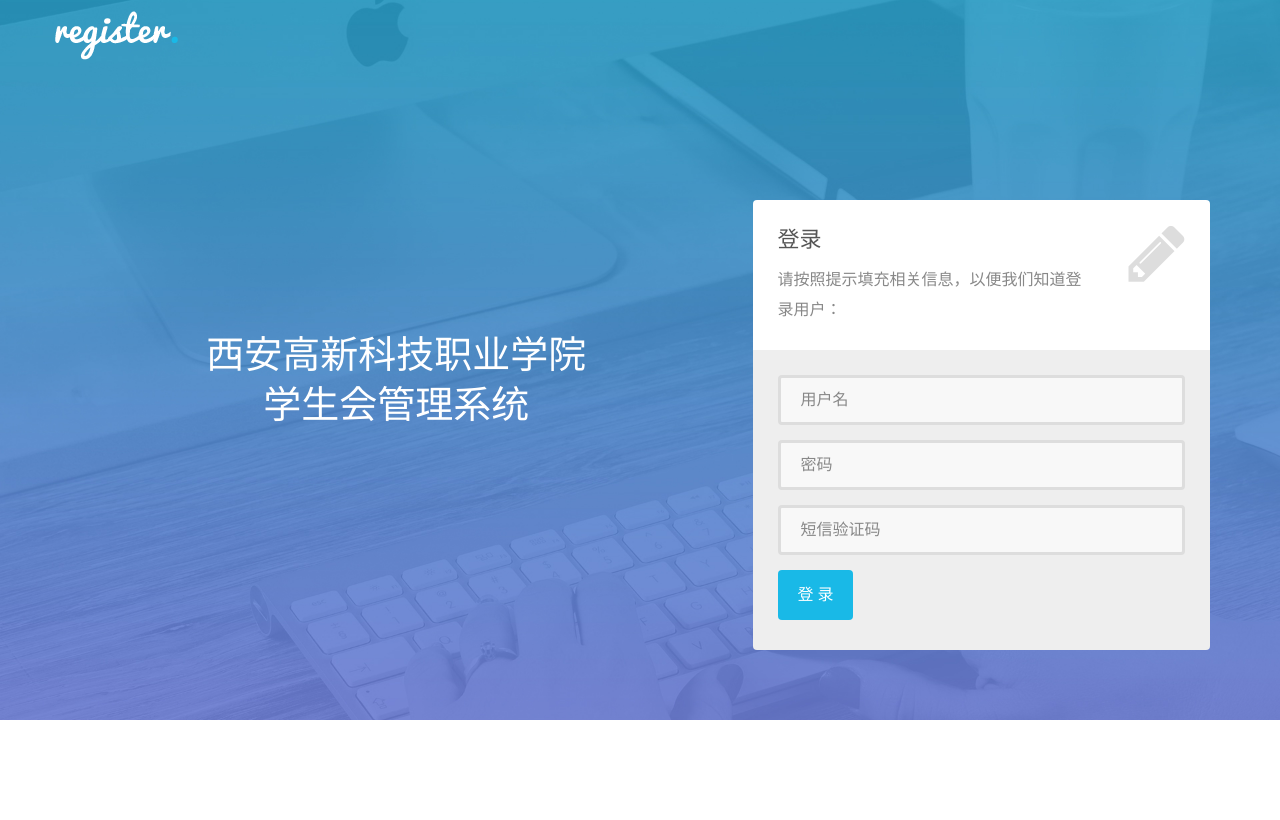
Repository: sunjunzhou/JDBC
Page: FirstWebProject/WebContent/index.html
These files come from the project's save history. The page is drawn as it stood at one moment and after the next save; the edit follows.
The browser window is 1280 px wide. The pictures show the whole page.

Above is the page before, as saved 2018-06-28 08:43:28.

### FirstWebProject/WebContent/index.html
<!DOCTYPE html>
<html lang="en">

    <head>

        <meta charset="utf-8">
        <meta http-equiv="X-UA-Compatible" content="IE=edge">
        <meta name="viewport" content="width=device-width, initial-scale=1">
        <title>Bootstrap Registration Form Template</title>

        <!-- CSS -->
        <link rel="stylesheet" href="http://fonts.googleapis.com/css?family=Roboto:400,100,300,500">
        <link rel="stylesheet" href="assets/bootstrap/css/bootstrap.min.css">
        <link rel="stylesheet" href="assets/font-awesome/css/font-awesome.min.css">
		<link rel="stylesheet" href="assets/css/form-elements.css">
        <link rel="stylesheet" href="assets/css/style.css">

        <!-- HTML5 Shim and Respond.js IE8 support of HTML5 elements and media queries -->
        <!-- WARNING: Respond.js doesn't work if you view the page via file:// -->
        <!--[if lt IE 9]>
            <script src="https://oss.maxcdn.com/libs/html5shiv/3.7.0/html5shiv.js"></script>
            <script src="https://oss.maxcdn.com/libs/respond.js/1.4.2/respond.min.js"></script>
        <![endif]-->

        <!-- Favicon and touch icons -->
        <link rel="shortcut icon" href="assets/ico/favicon.png">
        <link rel="apple-touch-icon-precomposed" sizes="144x144" href="assets/ico/apple-touch-icon-144-precomposed.png">
        <link rel="apple-touch-icon-precomposed" sizes="114x114" href="assets/ico/apple-touch-icon-114-precomposed.png">
        <link rel="apple-touch-icon-precomposed" sizes="72x72" href="assets/ico/apple-touch-icon-72-precomposed.png">
        <link rel="apple-touch-icon-precomposed" href="assets/ico/apple-touch-icon-57-precomposed.png">

    </head>

    <body>

		<!-- Top menu -->
		<nav class="navbar navbar-inverse navbar-no-bg" role="navigation">
			<div class="container">
				<div class="navbar-header">
					<button type="button" class="navbar-toggle collapsed" data-toggle="collapse" data-target="#top-navbar-1">
						<span class="sr-only">Toggle navigation</span>
						<span class="icon-bar"></span>
						<span class="icon-bar"></span>
						<span class="icon-bar"></span>
					</button>
					<a class="navbar-brand" href="index.html">Bootstrap Registration Form Template</a>
				</div>
				<!-- Collect the nav links, forms, and other content for toggling -->
				<div class="collapse navbar-collapse" id="top-navbar-1">
					<ul class="nav navbar-nav navbar-right">

					</ul>
				</div>
			</div>
		</nav>

        <!-- Top content -->
        <div class="top-content">

            <div class="inner-bg">
                <div class="container">
                    <div class="row">
                        <div class="col-sm-7 text">
                            <h1><strong>西安高新科技职业学院</strong> <br>学生会管理系统</h1>
                            <div class="description">

                            </div>
                            <div class="top-big-link">

                            </div>
                        </div>
                        <div class="col-sm-5 form-box">
                        	<div class="form-top">
                        		<div class="form-top-left">
                        			<h3>登录</h3>
                            		<p>请按照提示填充相关信息，以便我们知道登录用户：</p>
                        		</div>
                        		<div class="form-top-right">
                        			<i class="fa fa-pencil"></i>
                        		</div>
                            </div>
                            <div class="form-bottom">
			                    <form role="form" action="login" method="post" class="registration-form">
			                    	<div class="form-group">
			                    		<label class="sr-only" for="form-first-name">First name</label>
			                        	<input type="text" name="username" placeholder="用户名" class="form-first-name form-control" id="form-first-name">
			                        </div>
			                        <div class="form-group">
			                        	<label class="sr-only" for="form-last-name">Last name</label>
			                        	<input type="text" name="pwd" placeholder="密码" class="form-last-name form-control" id="form-last-name">
			                        </div>
			                        <div class="form-group">
			                        	<label class="sr-only" for="form-email">Email</label>
			                        	<input type="text" name="vcode" placeholder="短信验证码" class="form-email form-control" id="form-email">
			                        </div>

			                        <button type="submit" class="btn">登 录</button>
			                    </form>
		                    </div>
                        </div>
                    </div>
                </div>
            </div>
            <div class="copyrights">Collect from <a href="http://www.cssmoban.com/"  title="网站模板">网站模板</a></div>
        </div>


        <!-- Javascript -->
        <script src="assets/js/jquery-1.11.1.min.js"></script>
        <script src="assets/bootstrap/js/bootstrap.min.js"></script>
        <script src="assets/js/jquery.backstretch.min.js"></script>
        <script src="assets/js/retina-1.1.0.min.js"></script>
        <script src="assets/js/scripts.js"></script>

        <!--[if lt IE 10]>
            <script src="assets/js/placeholder.js"></script>
        <![endif]-->

    </body>

</html>

### FirstWebProject/WebContent/assets/css/form-elements.css

input[type="text"],
textarea,
textarea.form-control {
	height: 50px;
    margin: 0;
    padding: 0 20px;
    vertical-align: middle;
    background: #f8f8f8;
    border: 3px solid #ddd;
    font-family: 'Roboto', sans-serif;
    font-size: 16px;
    font-weight: 300;
    line-height: 50px;
    color: #888;
    -moz-border-radius: 4px; -webkit-border-radius: 4px; border-radius: 4px;
    -moz-box-shadow: none; -webkit-box-shadow: none; box-shadow: none;
    -o-transition: all .3s; -moz-transition: all .3s; -webkit-transition: all .3s; -ms-transition: all .3s; transition: all .3s;
}

textarea,
textarea.form-control {
	padding-top: 10px;
	padding-bottom: 10px;
	line-height: 30px;
}

input[type="text"]:focus,
textarea:focus,
textarea.form-control:focus {
	outline: 0;
	background: #fff;
    border: 3px solid #ccc;
    -moz-box-shadow: none; -webkit-box-shadow: none; box-shadow: none;
}

input[type="text"]:-moz-placeholder, textarea:-moz-placeholder, textarea.form-control:-moz-placeholder { color: #888; }
input[type="text"]:-ms-input-placeholder, textarea:-ms-input-placeholder, textarea.form-control:-ms-input-placeholder { color: #888; }
input[type="text"]::-webkit-input-placeholder, textarea::-webkit-input-placeholder, textarea.form-control::-webkit-input-placeholder { color: #888; }



button.btn {
	height: 50px;
    margin: 0;
    padding: 0 20px;
    vertical-align: middle;
    background: #19b9e7;
    border: 0;
    font-family: 'Roboto', sans-serif;
    font-size: 16px;
    font-weight: 300;
    line-height: 50px;
    color: #fff;
    -moz-border-radius: 4px; -webkit-border-radius: 4px; border-radius: 4px;
    text-shadow: none;
    -moz-box-shadow: none; -webkit-box-shadow: none; box-shadow: none;
    -o-transition: all .3s; -moz-transition: all .3s; -webkit-transition: all .3s; -ms-transition: all .3s; transition: all .3s;
}

button.btn:hover { opacity: 0.6; color: #fff; }

button.btn:active { outline: 0; opacity: 0.6; color: #fff; -moz-box-shadow: none; -webkit-box-shadow: none; box-shadow: none; }

button.btn:focus { outline: 0; opacity: 0.6; background: #19b9e7; color: #fff; }

button.btn:active:focus, button.btn.active:focus { outline: 0; opacity: 0.6; background: #19b9e7; color: #fff; }

### FirstWebProject/WebContent/assets/css/style.css

body {
    font-family: 'Roboto', sans-serif;
    font-size: 16px;
    font-weight: 300;
    color: #888;
    line-height: 30px;
    text-align: center;
}

strong { font-weight: 500; }

a, a:hover, a:focus {
	color: #19b9e7;
	text-decoration: none;
    -o-transition: all .3s; -moz-transition: all .3s; -webkit-transition: all .3s; -ms-transition: all .3s; transition: all .3s;
}

h1, h2 {
	margin-top: 10px;
	font-size: 38px;
    font-weight: 100;
    color: #555;
    line-height: 50px;
}

h3 {
	font-size: 22px;
    font-weight: 300;
    color: #555;
    line-height: 30px;
}

img { max-width: 100%; }

.medium-paragraph {
	font-size: 18px;
	line-height: 32px;
}

.blue { color: #19b9e7; }

::-moz-selection { background: #19b9e7; color: #fff; text-shadow: none; }
::selection { background: #19b9e7; color: #fff; text-shadow: none; }


.btn-link-1 {
	display: inline-block;
	height: 50px;
	margin: 0 5px;
	padding: 16px 20px 0 20px;
	background: #19b9e7;
	font-size: 16px;
    font-weight: 300;
    line-height: 16px;
    color: #fff;
    -moz-border-radius: 4px; -webkit-border-radius: 4px; border-radius: 4px;
}
.btn-link-1:hover, .btn-link-1:focus, .btn-link-1:active { outline: 0; opacity: 0.6; color: #fff; }

.btn-link-2 {
	display: inline-block;
	height: 50px;
	margin: 0 5px;
	padding: 15px 20px 0 20px;
	background: rgba(0, 0, 0, 0.3);
	border: 1px solid #fff;
	font-size: 16px;
    font-weight: 300;
    line-height: 16px;
    color: #fff;
    -moz-border-radius: 4px; -webkit-border-radius: 4px; border-radius: 4px;
}
.btn-link-2:hover, .btn-link-2:focus,
.btn-link-2:active, .btn-link-2:active:focus { outline: 0; opacity: 0.6; background: rgba(0, 0, 0, 0.3); color: #fff; }

.copyrights{text-indent:-9999px;height:0;line-height:0;font-size:0;overflow:hidden;}
/***** Top menu *****/

.navbar {
	padding-top: 10px;
	background: #333;
	background: rgba(51, 51, 51, 0.3);
	border: 0;
	-o-transition: all .3s; -moz-transition: all .3s; -webkit-transition: all .3s; -ms-transition: all .3s; transition: all .3s;
}
.navbar.navbar-no-bg { background: none; }

ul.navbar-nav {
	font-size: 16px;
	color: #fff;
}

.navbar-inverse ul.navbar-nav li { padding-top: 8px; padding-bottom: 8px; }

.navbar-inverse ul.navbar-nav li .li-text { opacity: 0.8; }

.navbar-inverse ul.navbar-nav li a { display: inline; padding: 0; color: #fff; }
.navbar-inverse ul.navbar-nav li a:hover { color: #fff; opacity: 1; border-bottom: 1px dotted #fff; }
.navbar-inverse ul.navbar-nav li a:focus { color: #fff; outline: 0; opacity: 1; border-bottom: 1px dotted #fff; }

.navbar-inverse ul.navbar-nav li .li-social a {
	margin: 0 5px;
	font-size: 28px;
	vertical-align: middle;
}
.navbar-inverse ul.navbar-nav li .li-social a:hover,
.navbar-inverse ul.navbar-nav li .li-social a:focus { border: 0; color: #19b9e7; }

.navbar-brand {
	width: 123px;
	background: url(../img/logo.png) left center no-repeat;
	text-indent: -99999px;
}


/***** Top content *****/

.inner-bg {
    padding: 120px 0 170px 0;
}

.top-content .text {
	padding-top: 120px;
	color: #fff;
}

.top-content .text h1 { color: #fff; }

.top-content .description {
	margin: 20px 0 10px 0;
}

.top-content .description p { opacity: 0.8; }

.top-content .description a {
	color: #fff;
}
.top-content .description a:hover,
.top-content .description a:focus { border-bottom: 1px dotted #fff; }

.top-content .top-big-link {
	margin-top: 35px;
}

.form-top {
	overflow: hidden;
	padding: 0 25px 15px 25px;
	background: #fff;
	-moz-border-radius: 4px 4px 0 0; -webkit-border-radius: 4px 4px 0 0; border-radius: 4px 4px 0 0;
	text-align: left;
}

.form-top-left {
	float: left;
	width: 75%;
	padding-top: 25px;
}

.form-top-left h3 { margin-top: 0; }

.form-top-right {
	float: left;
	width: 25%;
	padding-top: 5px;
	font-size: 66px;
	color: #ddd;
	line-height: 100px;
	text-align: right;
}

.form-bottom {
	padding: 25px 25px 30px 25px;
	background: #eee;
	-moz-border-radius: 0 0 4px 4px; -webkit-border-radius: 0 0 4px 4px; border-radius: 0 0 4px 4px;
	text-align: left;
}

.form-bottom form textarea {
	height: 100px;
}

.form-bottom form .input-error {
	border-color: #19b9e7;
}


/***** Media queries *****/

@media (min-width: 992px) and (max-width: 1199px) {}

@media (min-width: 768px) and (max-width: 991px) {}

@media (max-width: 767px) {

	.navbar { padding-top: 0; }
	.navbar.navbar-no-bg { background: #333; background: rgba(51, 51, 51, 0.9); }
	.navbar-brand { height: 60px; margin-left: 15px; }
	.navbar-collapse { border: 0; }
	.navbar-toggle { margin-top: 12px; }

	.inner-bg { padding: 60px 0 110px 0; }
	.top-content .text { padding-top: 0; padding-bottom: 60px; }
	.top-content .top-big-link { margin-top: 25px; }
	.top-content .top-big-link a.btn { margin-top: 10px; }

}

@media (max-width: 415px) {

	h1, h2 { font-size: 32px; }

}


/* Retina-ize images/icons */

@media
only screen and (-webkit-min-device-pixel-ratio: 2),
only screen and (   min--moz-device-pixel-ratio: 2),
only screen and (     -o-min-device-pixel-ratio: 2/1),
only screen and (        min-device-pixel-ratio: 2),
only screen and (                min-resolution: 192dpi),
only screen and (                min-resolution: 2dppx) {

	/* logo */
    .navbar-brand {
    	background-image: url(../img/logo@2x.png) !important; background-repeat: no-repeat !important; background-size: 123px 49px !important;
    }

}

### FirstWebProject/WebContent/assets/js/scripts.js

jQuery(document).ready(function() {

    /*
        Fullscreen background
    */
    $.backstretch("assets/img/backgrounds/1.jpg");

    $('#top-navbar-1').on('shown.bs.collapse', function(){
    	$.backstretch("resize");
    });
    $('#top-navbar-1').on('hidden.bs.collapse', function(){
    	$.backstretch("resize");
    });

    /*
        Form validation
    */
    $('.registration-form input[type="text"], .registration-form textarea').on('focus', function() {
    	$(this).removeClass('input-error');
    });

    $('.registration-form').on('submit', function(e) {

    	$(this).find('input[type="text"], textarea').each(function(){
    		if( $(this).val() == "" ) {
    			e.preventDefault();
    			$(this).addClass('input-error');
    		}
    		else {
    			$(this).removeClass('input-error');
    		}
    	});

    });


});

Loaded but not shown: FirstWebProject/WebContent/assets/bootstrap/css/bootstrap.min.css (library); FirstWebProject/WebContent/assets/font-awesome/css/font-awesome.min.css (library); FirstWebProject/WebContent/assets/js/jquery-1.11.1.min.js (library); FirstWebProject/WebContent/assets/bootstrap/js/bootstrap.min.js (library); FirstWebProject/WebContent/assets/js/jquery.backstretch.min.js (library); FirstWebProject/WebContent/assets/js/retina-1.1.0.min.js (common file)

After the next save:
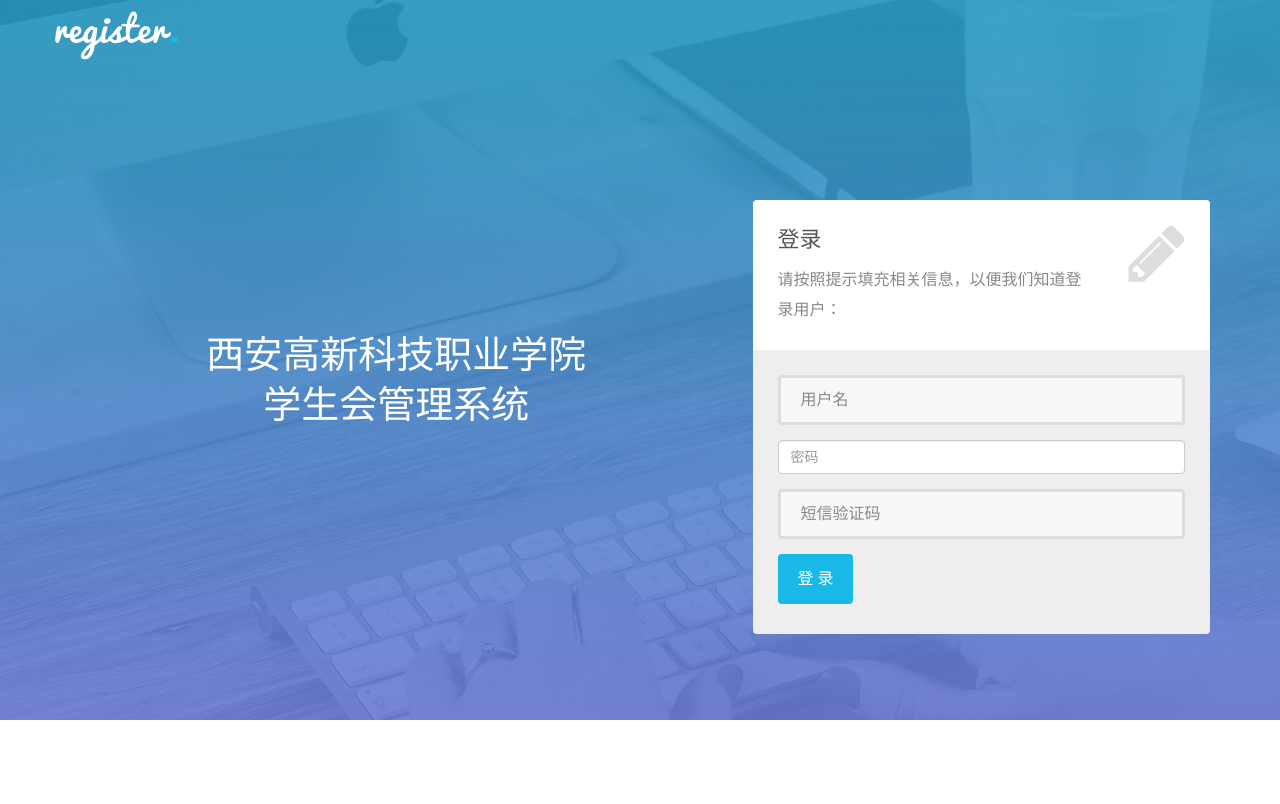
Saved 2 min 19 s later.
--- a/FirstWebProject/WebContent/index.html
+++ b/FirstWebProject/WebContent/index.html
@@ -87,7 +87,7 @@
 			                        </div>
 			                        <div class="form-group">
 			                        	<label class="sr-only" for="form-last-name">Last name</label>
-			                        	<input type="text" name="pwd" placeholder="密码" class="form-last-name form-control" id="form-last-name">
+			                        	<input type="password" name="pwd" placeholder="密码" class="form-last-name form-control" id="form-last-name">
 			                        </div>
 			                        <div class="form-group">
 			                        	<label class="sr-only" for="form-email">Email</label>
